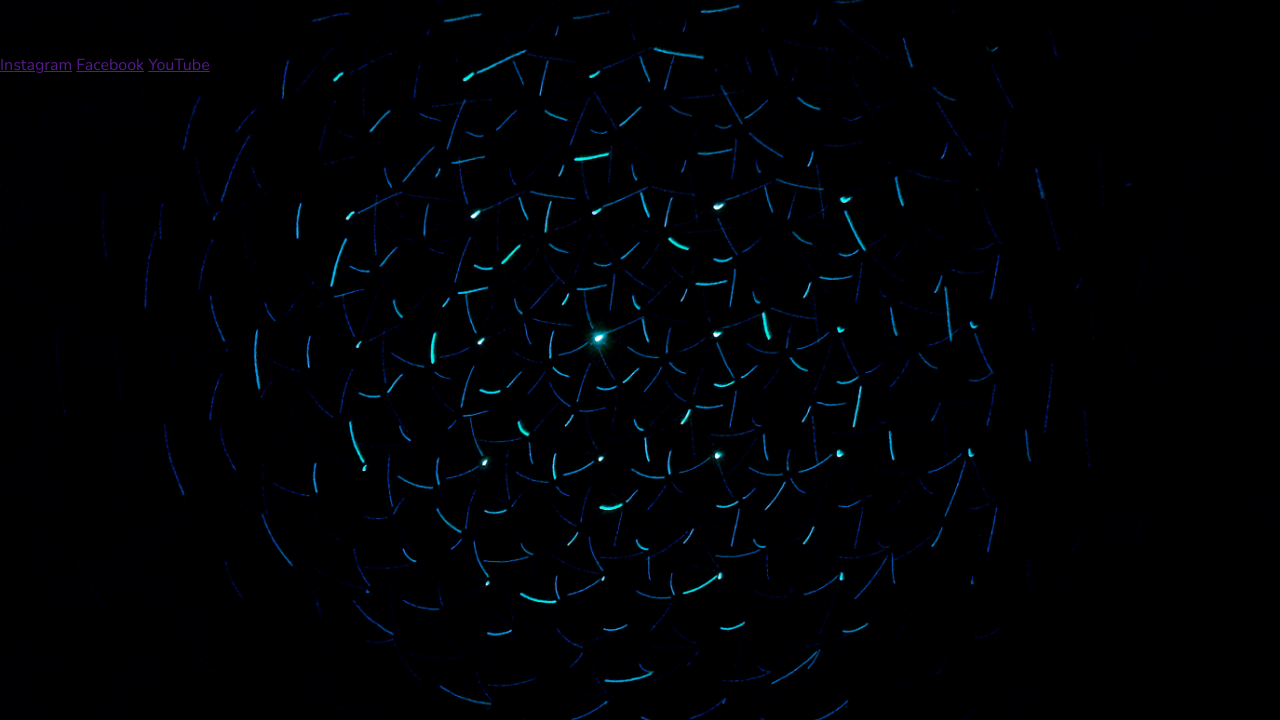
Repository: RalfyBawinto/web-linktree
Page: index.html
The author's editor kept a copy of each file at every save. The page is drawn from the files as they stood at one save, then again after the next save.
The browser window is 1280 px wide. The pictures show the whole page.

Above is the page before, as saved 2025-02-20 15:37:03.

### index.html
<!DOCTYPE html>
<html lang="id">
  <head>
    <meta charset="UTF-8" />
    <meta name="viewport" content="width=device-width, initial-scale=1.0" />
    <title>Ralfy Linktree</title>
    <!-- Import Google Fonts -->
    <link
      href="https://fonts.googleapis.com/css2?family=Montserrat:wght@700&family=Nunito:wght@400&family=Fredoka+One&display=swap"
      rel="stylesheet"
    />

    <link rel="stylesheet" href="style.css" />
  </head>

  <body>
    <section>
      <main>
        <img src="" alt="" />
        <h2>Ralfy Bawinto</h2>
        <a href=""> Instagram</a>
        <a href=""> Facebook</a>
        <a href=""> YouTube</a>
      </main>
      <footer class="footer">&copy; 2025 Ralfy Bawinto</footer>
    </section>
  </body>
</html>

### style.css
* {
  margin: 0;
  padding: 0;
  box-sizing: border-box;
}

body {
  height: 100vh;
  font-family: "Nunito", sans-serif;
  position: relative;
  background-image: url(img/bg.jpg);
  background-size: cover;
  background-position: center;
}

title {
  font-family: "Montserrat", sans-serif;
  font-size: 28px;
  font-weight: 700;
  margin: 10px 0;
}

description {
  font-family: "Nunito", sans-serif;
  font-size: 18px;
  color: #555;
}

button {
  display: block;
  font-family: "Fredoka One", cursive;
  text-decoration: none;
  background-color: #007bff;
  color: white;
  padding: 10px 20px;
  margin: 10px auto;
  border-radius: 5px;
  width: 200px;
  transition: 0.3s ease-in-out;
}

.button:hover {
  background-color: #0056b3;
}

After the next save:
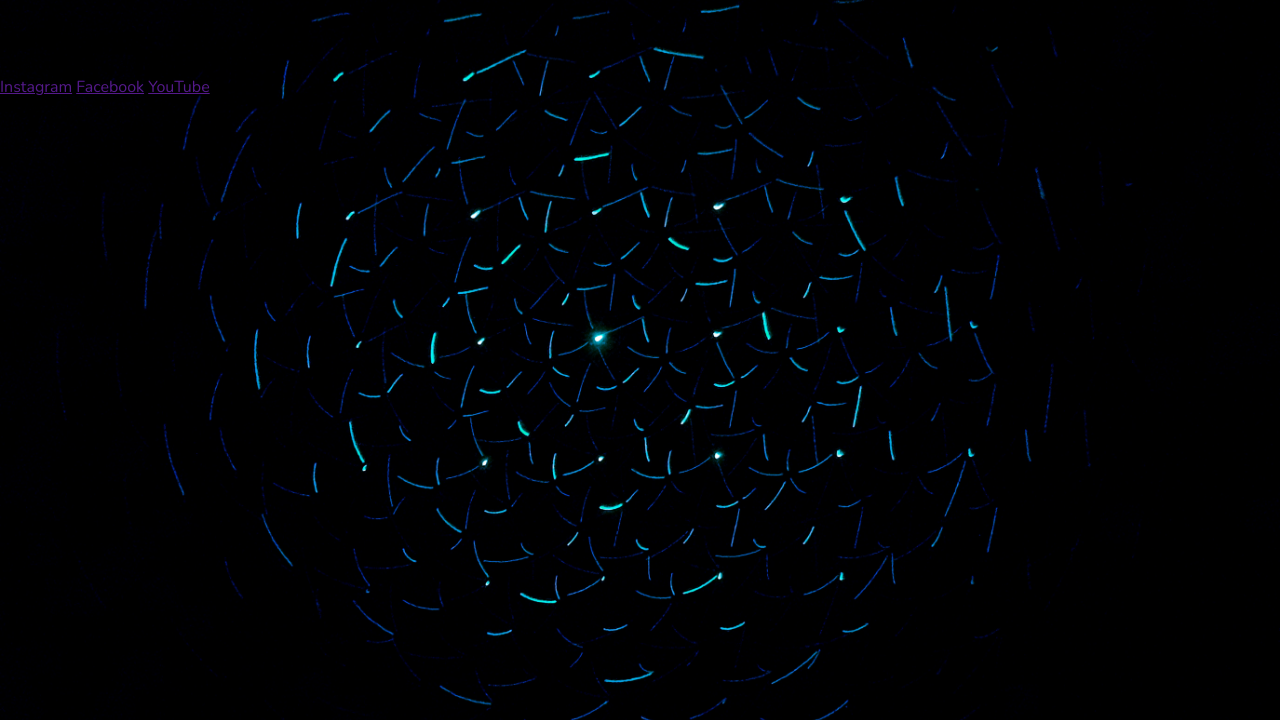
Saved 26 s later.
--- a/index.html
+++ b/index.html
@@ -1,9 +1,10 @@
 <!DOCTYPE html>
-<html lang="id">
+<html lang="en">
   <head>
     <meta charset="UTF-8" />
     <meta name="viewport" content="width=device-width, initial-scale=1.0" />
     <title>Ralfy Linktree</title>
+
     <!-- Import Google Fonts -->
     <link
       href="https://fonts.googleapis.com/css2?family=Montserrat:wght@700&family=Nunito:wght@400&family=Fredoka+One&display=swap"
@@ -17,10 +18,11 @@
     <section>
       <main>
         <img src="" alt="" />
-        <h2>Ralfy Bawinto</h2>
-        <a href=""> Instagram</a>
-        <a href=""> Facebook</a>
-        <a href=""> YouTube</a>
+        <h2 class="title">Ralfy Bawinto</h2>
+        <p class="description">Selamat datang di halaman Linktree saya!</p>
+        <a href="" class="button">Instagram</a>
+        <a href="" class="button">Facebook</a>
+        <a href="" class="button">YouTube</a>
       </main>
       <footer class="footer">&copy; 2025 Ralfy Bawinto</footer>
     </section>

After the 2 saves that followed:
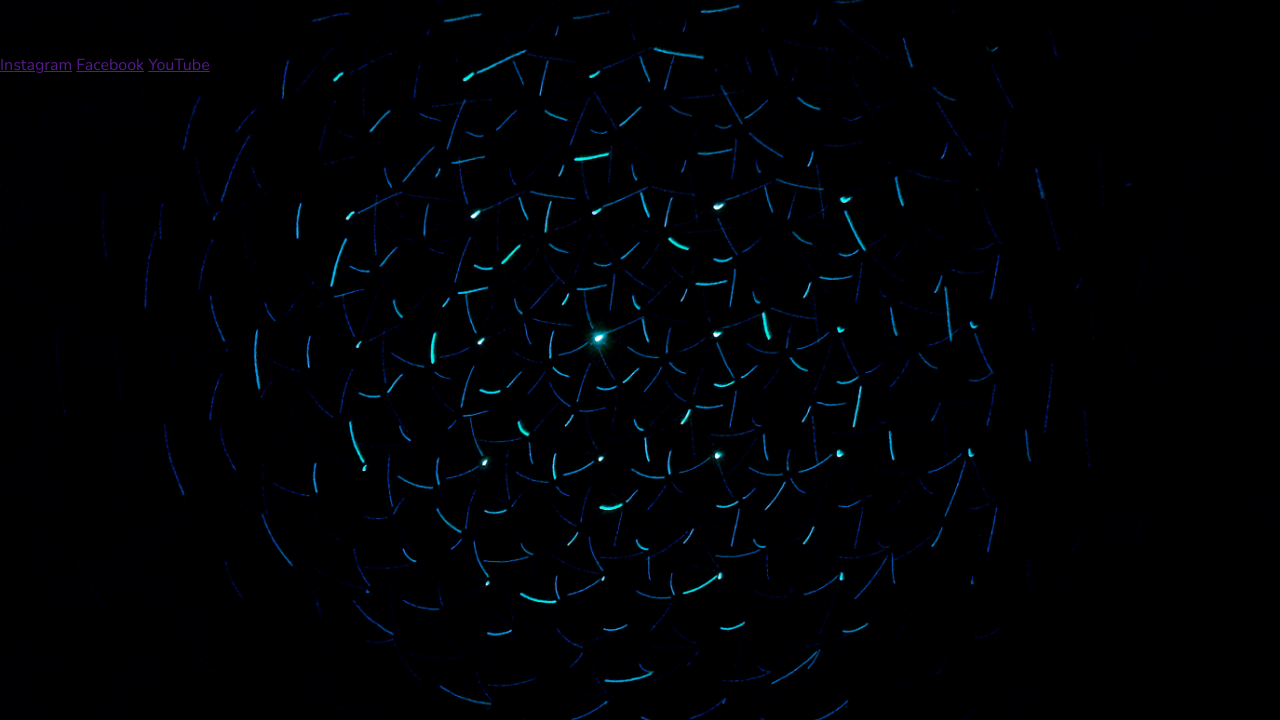
The 2 saves are shown as one change because 1 left the picture as it was.
The last was saved 104 s later.
--- a/index.html
+++ b/index.html
@@ -1,10 +1,9 @@
 <!DOCTYPE html>
-<html lang="en">
+<html lang="id">
   <head>
     <meta charset="UTF-8" />
     <meta name="viewport" content="width=device-width, initial-scale=1.0" />
     <title>Ralfy Linktree</title>
-
     <!-- Import Google Fonts -->
     <link
       href="https://fonts.googleapis.com/css2?family=Montserrat:wght@700&family=Nunito:wght@400&family=Fredoka+One&display=swap"
@@ -18,11 +17,10 @@
     <section>
       <main>
         <img src="" alt="" />
-        <h2 class="title">Ralfy Bawinto</h2>
-        <p class="description">Selamat datang di halaman Linktree saya!</p>
-        <a href="" class="button">Instagram</a>
-        <a href="" class="button">Facebook</a>
-        <a href="" class="button">YouTube</a>
+        <h2>Ralfy Bawinto</h2>
+        <a href=""> Instagram</a>
+        <a href=""> Facebook</a>
+        <a href=""> YouTube</a>
       </main>
       <footer class="footer">&copy; 2025 Ralfy Bawinto</footer>
     </section>
